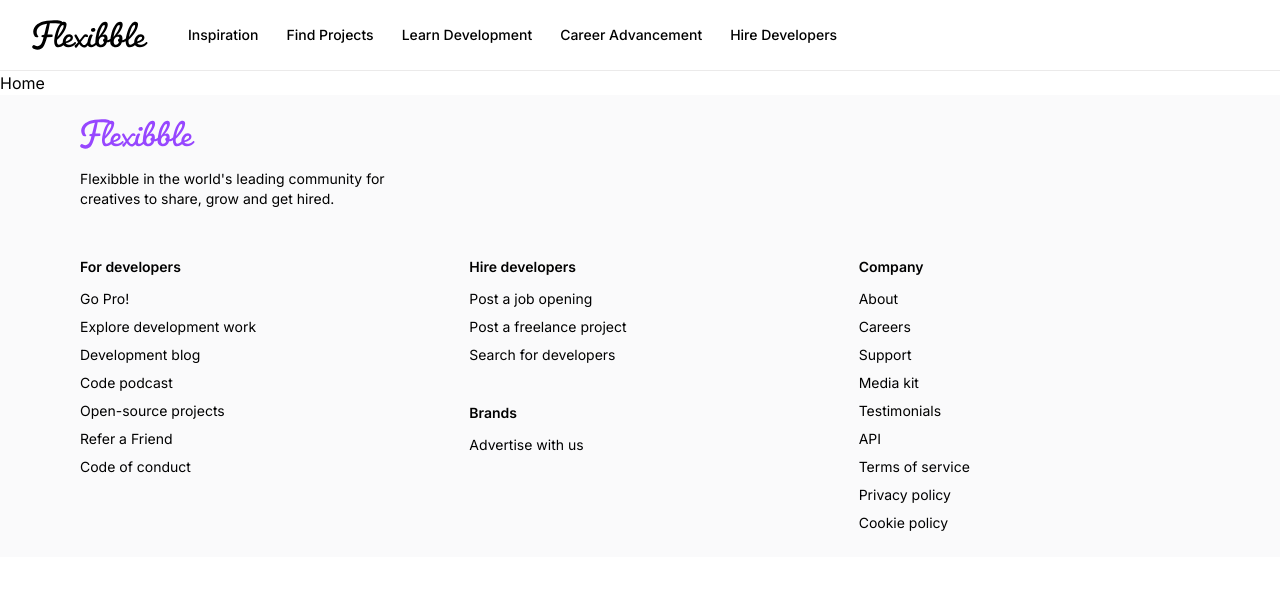
Repository: nazmulislam4/flexibble
Page: /
The author's editor kept a copy of each file at every save. The page is drawn from the files as they stood at one save, then again after the next save.
The browser window is 1280 px wide. The pictures show the whole page.
The project was rebuilt for these pictures with package versions that can differ from the ones it lists, and the page was loaded fresh each time. The framework's server and built-in components were replaced by stand-ins that run in the browser. Also part of the build but not shown: next.config.mjs, src/components/AuthProvider.tsx.

Above is the page before, as saved 2024-03-12 01:33:21.

### src/app/layout.tsx
import Footer from "@/components/Footer";
import Navbar from "@/components/Navbar";
import "./globals.css";

export const metadata = {
  title: "Flexibble",
  description: "Showcase and discover remarkable developer projects",
};

export default function RootLayout({
  children,
}: {
  children: React.ReactNode;
}) {
  return (
    <html lang="en">
      <body>
        <Navbar />
        <main>{children}</main>
        <Footer />
      </body>
    </html>
  );
}

### src/components/Footer.tsx
import Image from "next/image";
import React from "react";
import FooterColumn from "./FooterColumn";
import { footerLinks } from "@/constants";

const Footer = () => {
  return (
    <footer className="flexStart footer">
      <div className="flex flex-col gap-12 w-full">
        <div className="flex items-start flex-col">
          <Image
            src={"/logo-purple.svg"}
            width={115}
            height={38}
            alt="Flexibble"
          />
          <p className="text-start text-sm font-normal mt-5 max-w-xs">
            Flexibble in the world's leading community for creatives to share,
            grow and get hired.
          </p>
        </div>
        <div className="flex flex-wrap gap-12">
          <FooterColumn
            title={footerLinks[0].title}
            links={footerLinks[0].links}
          />
          <div className="flex-1 flex flex-col gap-4">
            <FooterColumn
              title={footerLinks[1].title}
              links={footerLinks[1].links}
            />
            <FooterColumn
              title={footerLinks[2].title}
              links={footerLinks[2].links}
            />
          </div>
          <FooterColumn
            title={footerLinks[3].title}
            links={footerLinks[3].links}
          />
        </div>
      </div>
    </footer>
  );
};

export default Footer;

### src/components/Navbar.tsx
import { NavLinks } from "@/constants";
import Image from "next/image";
import Link from "next/link";
import React from "react";
import AuthProviders from "./AuthProvider";

const Navbar = () => {
  const session = {};
  return (
    <nav className="flexBetween navbar">
      <div className="flex-1 flexStart gap-10">
        <Link href="/">
          <Image src="/logo.svg" width={116} height={43} alt="logo" />
        </Link>
        <ul className="xl:flex hidden text-small gap-7">
          {NavLinks.map((link) => (
            <Link href={link.href} key={link.text}>
              {link.text}
            </Link>
          ))}
        </ul>
      </div>

      <div className="flexCenter gap-4">
        {session ? <></> : <AuthProviders />}
      </div>
    </nav>
  );
};

export default Navbar;

### src/components/FooterColumn.tsx
import Link from "next/link";
import React from "react";

type ColumnProps = {
  title: string;
  links: Array<string>;
};

const FooterColumn = ({ title, links }: ColumnProps) => {
  return (
    <div className="footer_column">
      <h4 className="font-semibold">{title}</h4>
      <ul className="flex flex-col gap-2 font-normal">
        {links.map((link) => (
          <Link href={"/"}>{link}</Link>
        ))}
      </ul>
    </div>
  );
};

export default FooterColumn;

### tailwind.config.ts
import type { Config } from "tailwindcss";

const config: Config = {
  content: [
    "./src/pages/**/*.{js,ts,jsx,tsx,mdx}",
    "./src/components/**/*.{js,ts,jsx,tsx,mdx}",
    "./src/app/**/*.{js,ts,jsx,tsx,mdx}",
  ],
  theme: {
    extend: {
      colors: {
        "nav-border": "#EBEAEA",
        "light-white": "#FAFAFB",
        "light-white-100": "#F1F4F5",
        "light-white-200": "#d7d7d7",
        "light-white-300": "#F3F3F4",
        "light-white-400": "#E2E5F1",
        "light-white-500": "#E4E4E4",
        gray: "#4D4A4A",
        "gray-100": "#3d3d4e",
        "black-100": "#252525",
        "primary-purple": "#9747FF",
        "gray-50": "#D9D9D9",
      },
      boxShadow: {
        menu: "0px 159px 95px rgba(13,12,34,0.01), 0px 71px 71px rgba(13,12,34,0.02), 0px 18px 39px rgba(13,12,34,0.02), 0px 0px 0px rgba(13,12,34,0.02)",
      },
      screens: {
        xs: "400px",
      },
      maxWidth: {
        "10xl": "1680px",
      },
    },
  },
  plugins: [],
};
export default config;

Loaded but not shown: src/app/page.tsx (common file); src/app/globals.css (common file); src/constants/index.ts (common file)

After the next save:
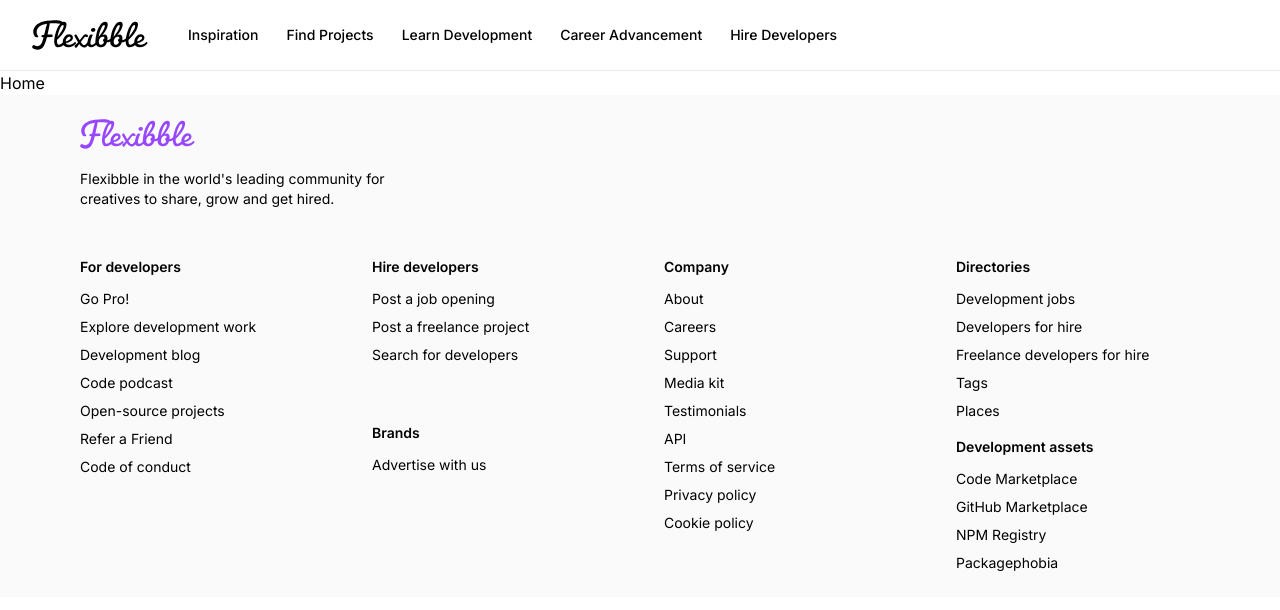
Saved 20 s later.
--- a/src/components/Footer.tsx
+++ b/src/components/Footer.tsx
@@ -38,6 +38,16 @@
             title={footerLinks[3].title}
             links={footerLinks[3].links}
           />
+          <div className="flex-1 flex flex-col gap-4">
+            <FooterColumn
+              title={footerLinks[4].title}
+              links={footerLinks[4].links}
+            />
+            <FooterColumn
+              title={footerLinks[5].title}
+              links={footerLinks[5].links}
+            />
+          </div>
         </div>
       </div>
     </footer>
